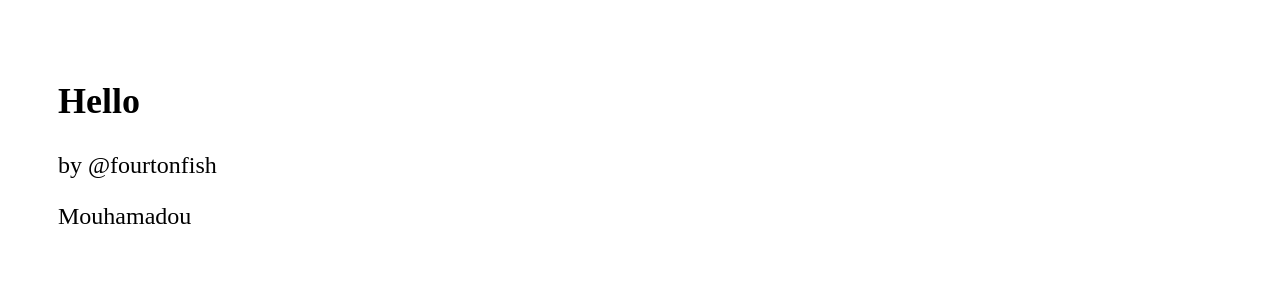
Repository: Grimlock123/starwear
Page: 1.html
The author's editor kept a record of every edit. The page is drawn from the files as they stood at one moment, then again after the next edit.
The browser window is 1280 px wide. The pictures show the whole page.
The page's requests for data from a server got no answer.

Above is the page before.
Console error: TypeError: Cannot set properties of null (setting 'innerHTML')

After the next edit:
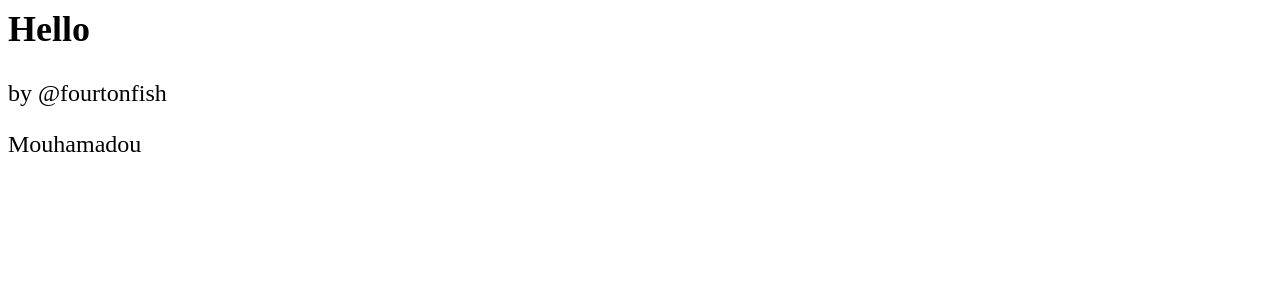
The edit:
--- a/1.css
+++ b/1.css
@@ -1,10 +1,3 @@
 section{
     font-size:24px;
 }
-#section{
-    width: 300px;
-    border: 25px;
-    padding: 25px;
-    margin: 25px;
-    border-width: 5px
-}
